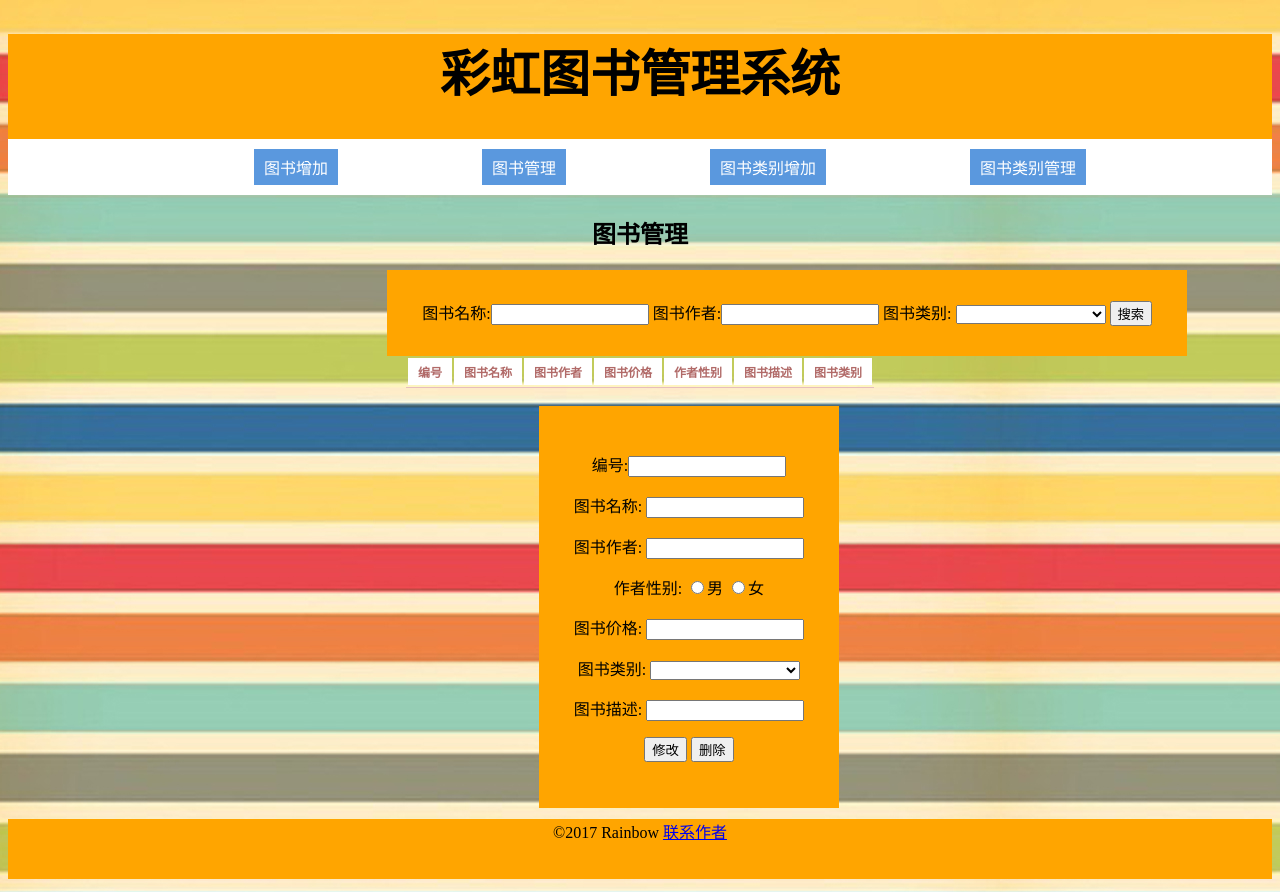
Repository: Rainbow-Chua/learningcode
Page: http://localhost/MyBookManager/BookManager.jsp
The author's editor kept a copy of each file at every save. The page is drawn from the files as they stood at one save, then again after the next save.
The browser window is 1280 px wide. The pictures show the whole page.
The page is served by Tomcat 9. Queries for data that is not in the repository find no rows.

Above is the page before, as saved 2017-12-03 01:46:12.

After the next save:
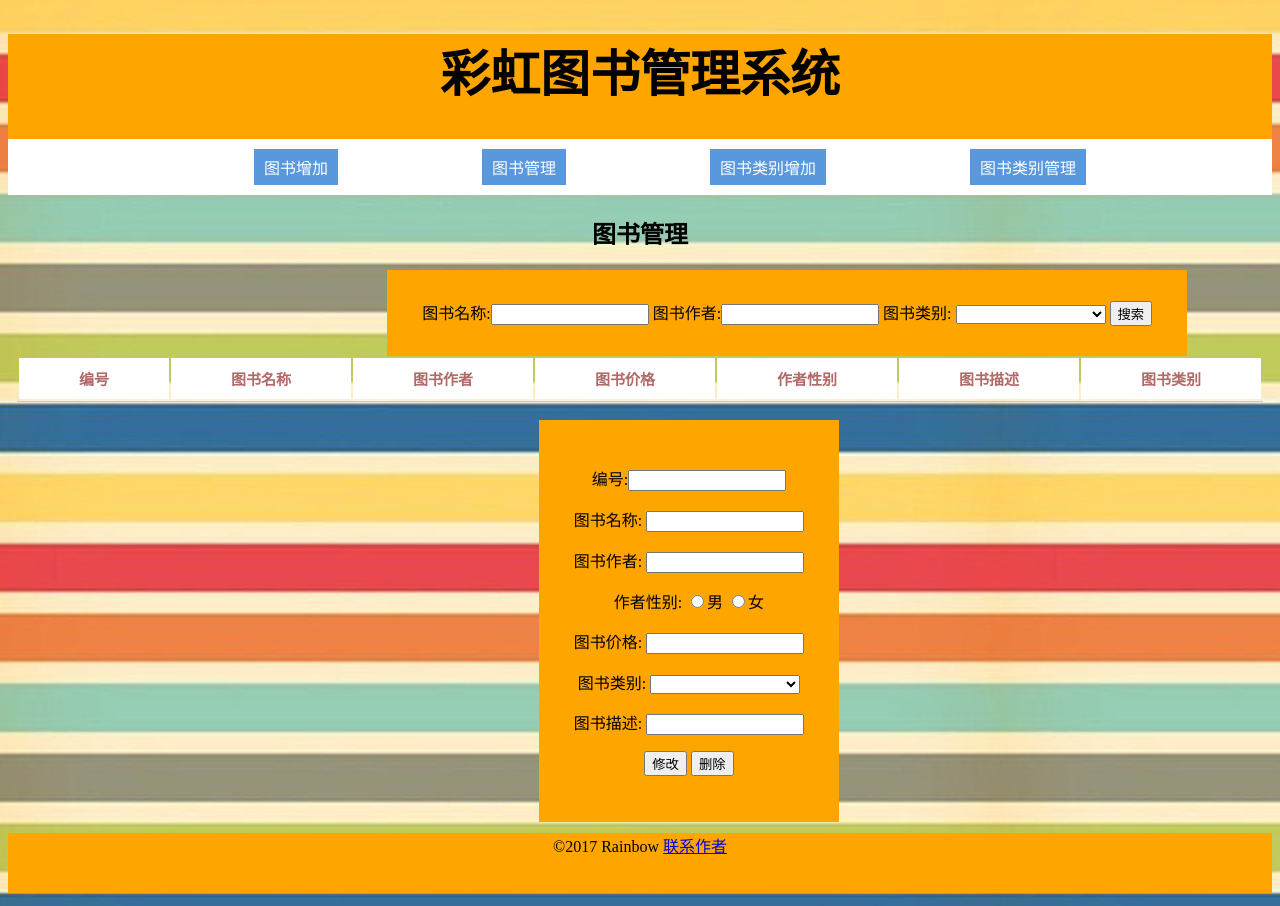
Saved 74 s later.
--- a/MyBookManager/WebContent/BookManager.jsp
+++ b/MyBookManager/WebContent/BookManager.jsp
@@ -41,8 +41,8 @@ h2 {
 
 /* Padding and font style */
 #table-2 td, #table-2 th {
-	padding: 5px 10px;
-	font-size: 12px;
+	padding: 10px 60px;
+    font-size: 15px;
 	font-family: Verdana;
 	color: rgb(177, 106, 104);
 }
